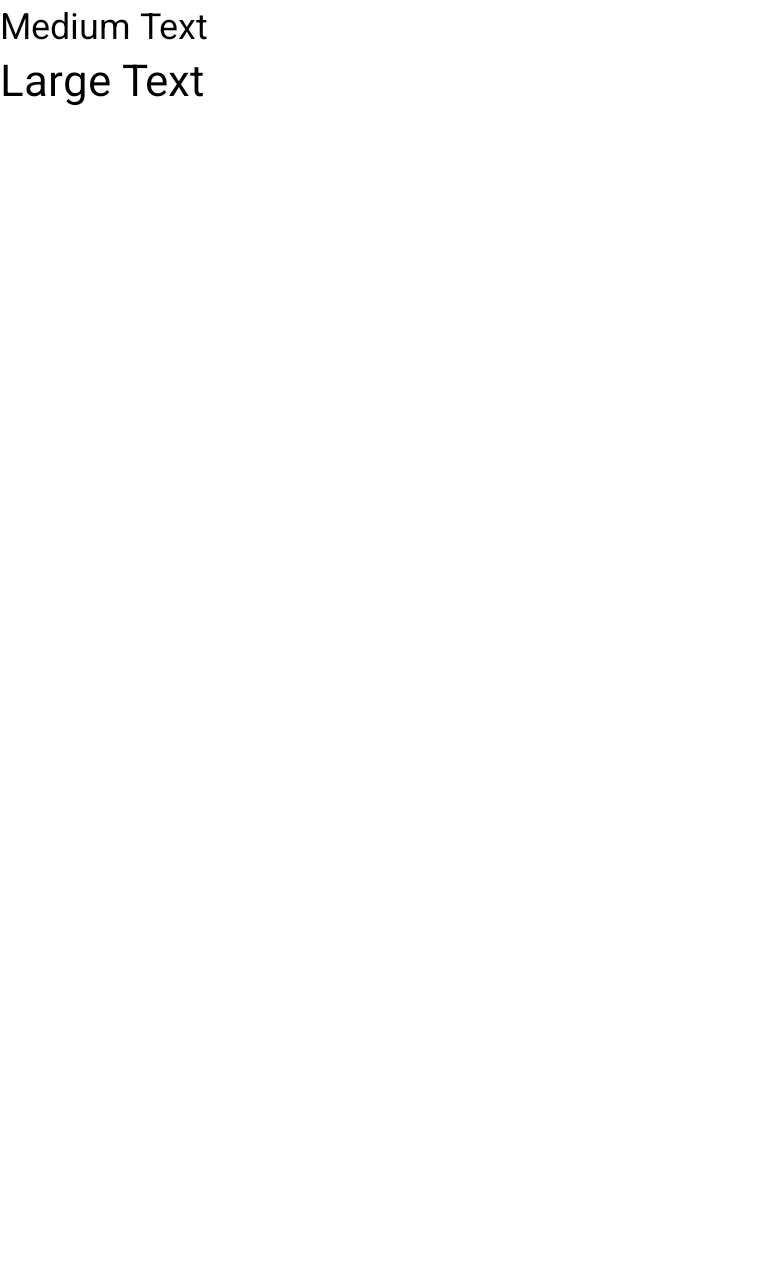
Repository: pcombi/android_dev
Layout: ExampleApp/res/layout/externaldata.xml
These files come from the project's save history. The layout is drawn as it stood at one moment and after the next save; the edit follows.
It is drawn on a 768 x 1280 px phone screen (xhdpi) without system bars, with theme AppTheme; the app's code is not run.

Above is the layout before, as saved 2012-12-25 17:29:46.

After the next save:
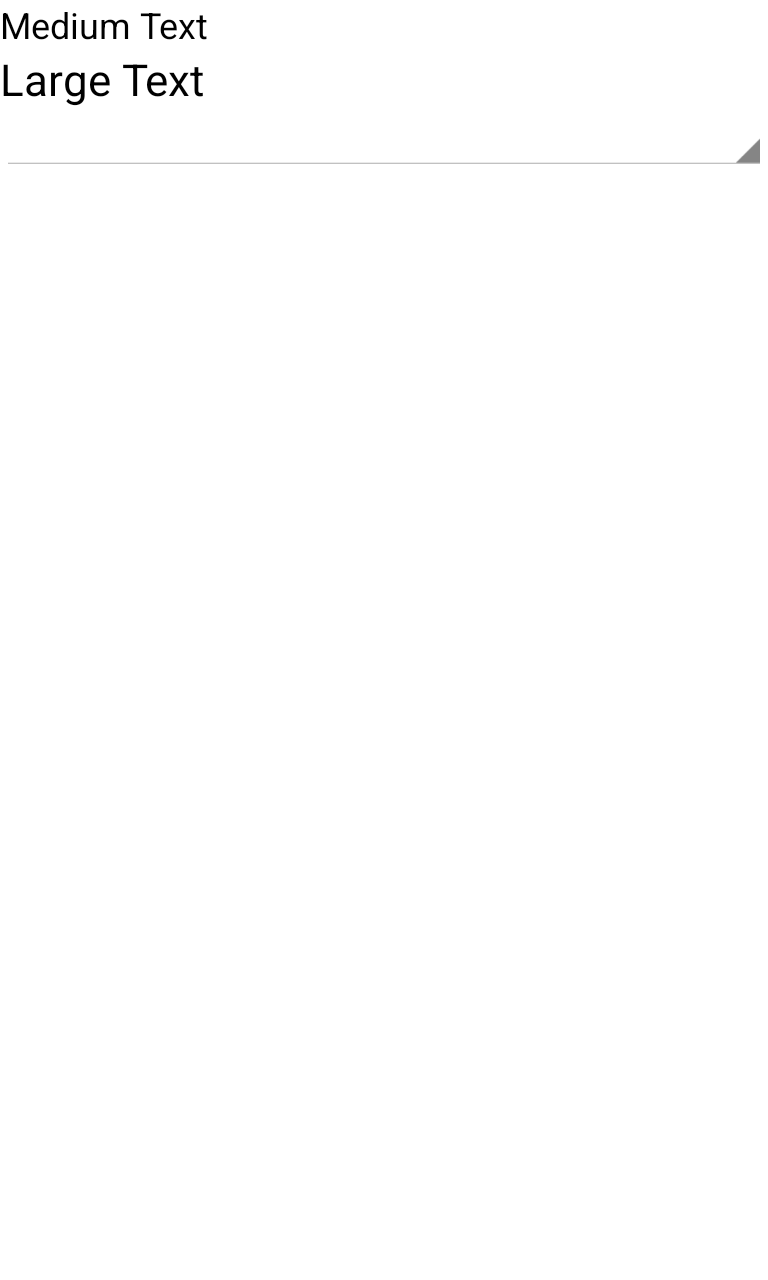
Saved 41 s later.
--- a/ExampleApp/res/layout/externaldata.xml
+++ b/ExampleApp/res/layout/externaldata.xml
@@ -18,4 +18,9 @@
         android:text="Large Text"
         android:textAppearance="?android:attr/textAppearanceLarge" />
 
+    <Spinner
+        android:id="@+id/spinner1"
+        android:layout_width="match_parent"
+        android:layout_height="wrap_content" />
+
 </LinearLayout>
